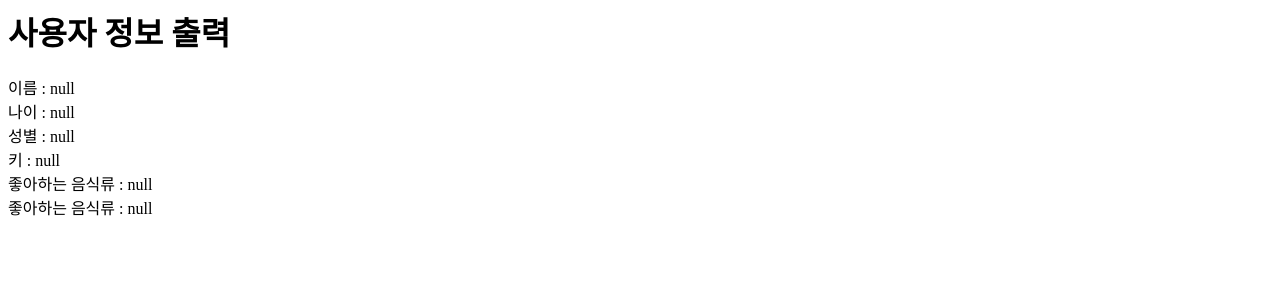
Repository: pcc767/khSchool
Page: http://localhost/01_ServletBasic/method.do
An editor plug-in stored every save of this project. The page is shown before and after the next save, followed by the edit.
The browser window is 1280 px wide. The pictures show the whole page.
The page is served by Tomcat 9.

Above is the page before, as saved 2022-07-11 11:31:24.

After the next save:
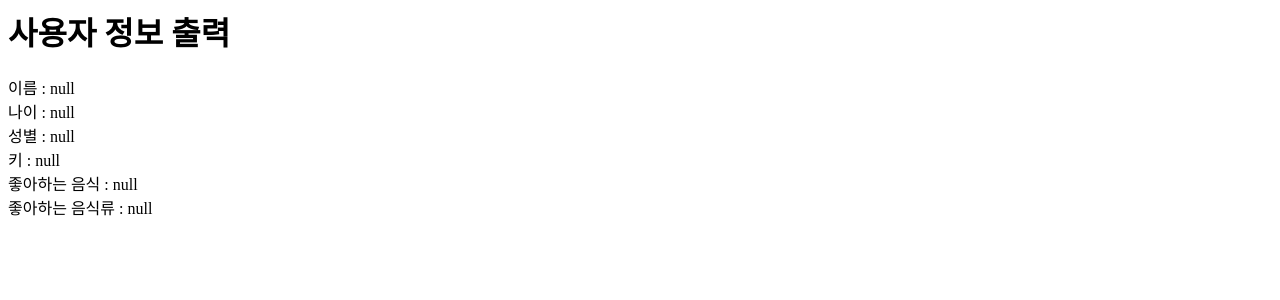
Saved 4 min 11 s later.
--- a/dev-source_Servlet/01_ServletBasic/src/main/java/com/servlet/controller/HttpMethodServlet.java
+++ b/dev-source_Servlet/01_ServletBasic/src/main/java/com/servlet/controller/HttpMethodServlet.java
@@ -48,9 +48,9 @@ public class HttpMethodServlet extends HttpServlet {
 		out.printf("<div>나이 : %s</div>", age);
 		out.printf("<div>성별 : %s</div>", gender);
 		out.printf("<div>키 : %s</div>", height);
-		out.printf("<div>좋아하는 음식류 : %s</div>", food);
+		out.printf("<div>좋아하는 음식 : %s</div>", food);
 		out.printf("<div>좋아하는 음식류 : %s</div>", Arrays.toString(foods));
-
+		out.println("</body>");
 		out.println("</html>");
 
 
